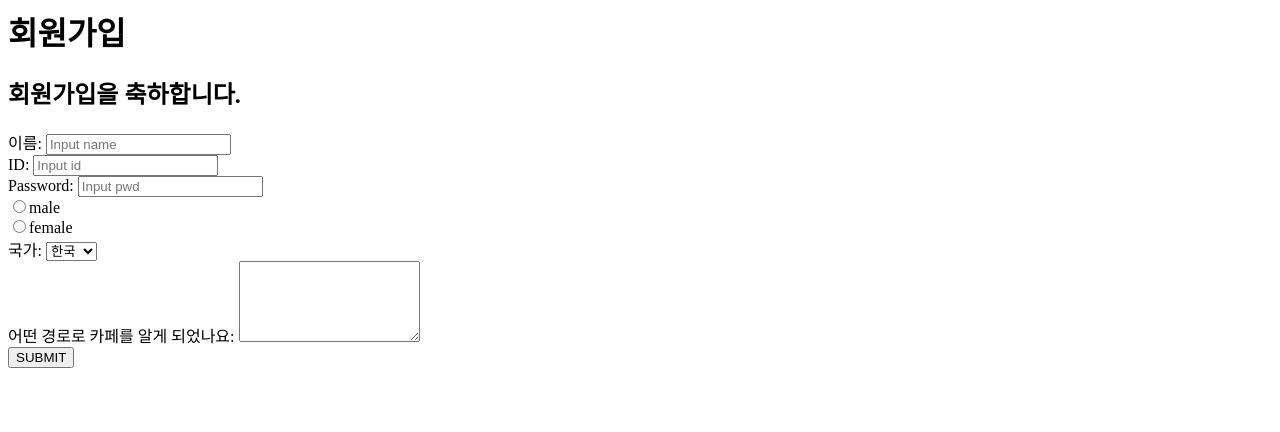
Repository: sangeun100/html
Page: http://localhost/login/register
The author's editor kept a copy of each file at every save. The page is drawn from the files as they stood at one save, then again after the next save.
The browser window is 1280 px wide. The pictures show the whole page.
The page is this project's Thymeleaf template; nobody is signed in. The template is opened directly, without the code that normally fills it, so the values that code supplies are empty.

Above is the page before, as saved 2022-05-24 00:00:45.
Console error: ReferenceError: $ is not defined

After the next save:
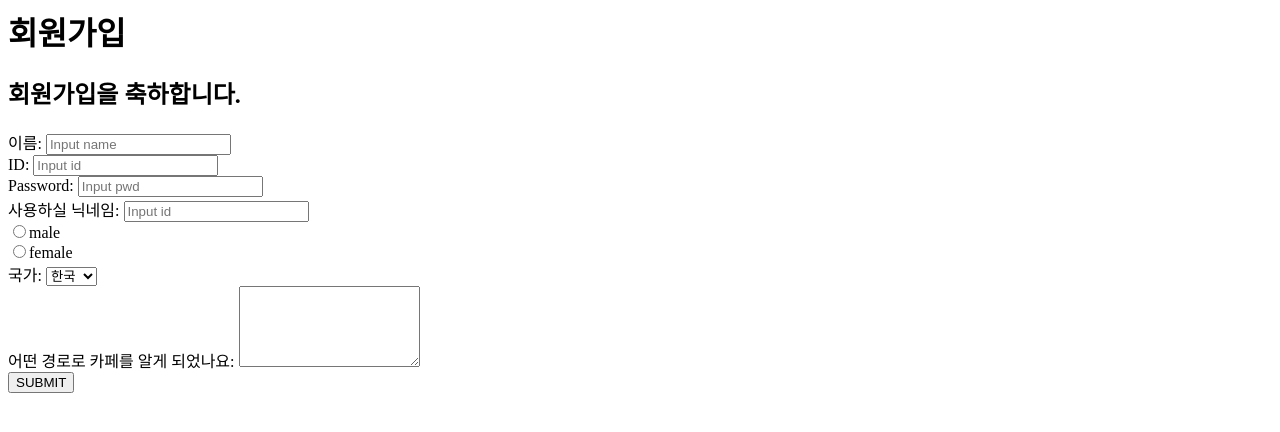
Saved 93 s later.
--- a/day061/src/main/resources/templates/login/register.html
+++ b/day061/src/main/resources/templates/login/register.html
@@ -69,6 +69,12 @@ $(document).ready(function () {
 	  <input type="password" name="pwd" class="form-control" id="pwd" placeholder="Input pwd">
 	  <span id="pwd" class="help-block"></span>
 	</div>
+<!-- 닉네임칸 -->
+<div class="form-group">
+	  <label for="id">사용하실 닉네임:</label>
+	  <input type="text" name="id" class="form-control" id="id" placeholder="Input id">
+      <span id="iid"></span>
+	</div>
 <!-- 성별-->
 	<div class="radio">
 	  <label><input type="radio" name="optradio2" value="op2">male</label>
